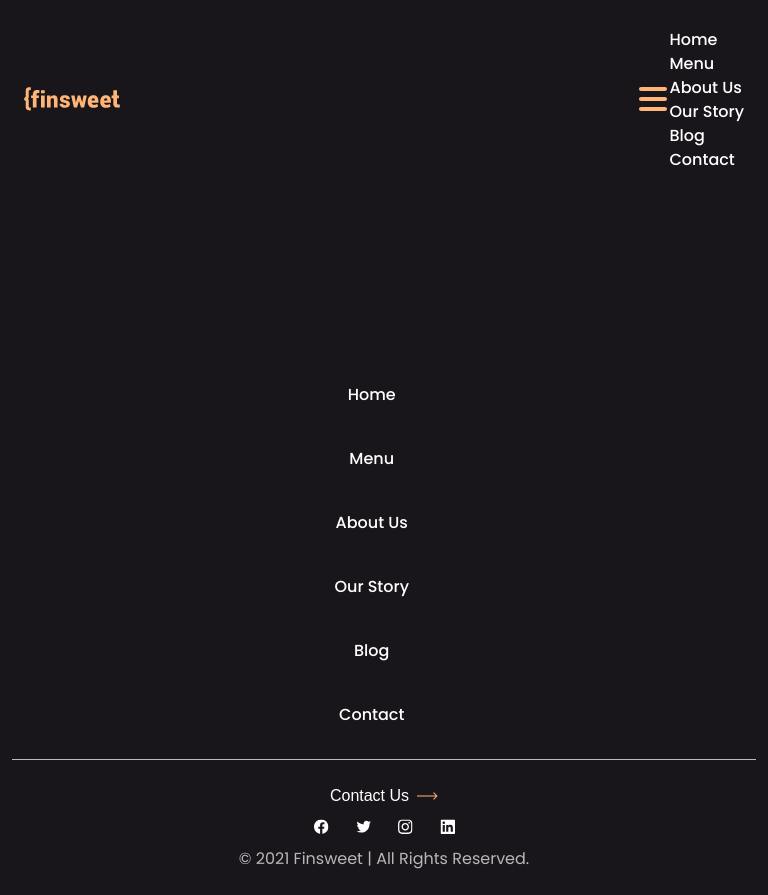
Repository: Minns-Cao/project-finsweet
Page: contact.html
These files come from the project's save history. The page is drawn as it stood at one moment and after a run of saves; the edit follows.
The browser window is 768 px wide. The pictures show the whole page.
Some web fonts or font styles are not loaded; a fallback is used.

Above is the page before, as saved 2023-04-28 15:28:31.

### contact.html
<!DOCTYPE html>
<html lang="en">
    <head>
        <meta charset="UTF-8" />
        <meta http-equiv="X-UA-Compatible" content="IE=edge" />
        <meta name="viewport" content="width=device-width, initial-scale=1.0" />
        <title>Finsweet</title>
        <!-- Reset CSS -->
        <link rel="stylesheet" href="./assets/css/reset.css" />
        <!-- Style -->
        <link rel="stylesheet" href="./assets/css/style.css" />
        <!-- Fonts -->
        <link rel="preconnect" href="https://fonts.googleapis.com" />
        <link rel="preconnect" href="https://fonts.gstatic.com" crossorigin />
        <link
            href="https://fonts.googleapis.com/css2?family=Playfair+Display:ital,wght@0,400;0,500;0,600;0,700;0,800;0,900;1,400;1,500;1,600;1,700;1,800;1,900&family=Poppins:ital,wght@0,300;0,400;0,500;0,600;1,300;1,400;1,500;1,600&display=swap"
            rel="stylesheet"
        />
    </head>
    <body>
        <!-- ========================================Contact Page================================================ -->
        <!-- Header -->
        <header class="fixed header">
            <div class="main-content">
                <div class="body">
                    <!-- Logo -->
                    <a href="./index.html"
                        ><img
                            src="./assets/img/Logo.svg"
                            alt="logo"
                            class="logo"
                    /></a>
                    <!-- Navigation -->
                    <div class="nav">
                        <ul>
                            <li>
                                <a href="./index.html">Home</a>
                            </li>
                            <li>
                                <a href="./menu.html">Menu</a>
                            </li>
                            <li>
                                <a href="./aboutUs.html">About Us</a>
                            </li>
                            <li>
                                <a href="./ourStory.html">Our Story</a>
                            </li>
                            <li>
                                <a href="./blog.html">Blog</a>
                            </li>
                            <li>
                                <a href="./contact.html">Contact</a>
                            </li>
                        </ul>
                    </div>
                    <!-- Action -->
                    <button class="action">
                        <span class="label">Clone Project</span>
                        <img
                            src="./assets/img/arrow-to-right.svg"
                            alt="arrow-to-right"
                            class="arrow-to-right"
                        />
                    </button>

                    <!-- Navigation Mobile -->
                    <div class="nav-mb-btn">
                        <svg
                            xmlns="http://www.w3.org/2000/svg"
                            viewBox="0 0 448 512"
                            width="32"
                            height="32"
                        >
                            <path
                                d="M0 96C0 78.3 14.3 64 32 64H416c17.7 0 32 14.3 32 32s-14.3 32-32 32H32C14.3 128 0 113.7 0 96zM0 256c0-17.7 14.3-32 32-32H416c17.7 0 32 14.3 32 32s-14.3 32-32 32H32c-17.7 0-32-14.3-32-32zM448 416c0 17.7-14.3 32-32 32H32c-17.7 0-32-14.3-32-32s14.3-32 32-32H416c17.7 0 32 14.3 32 32z "
                                fill="#FFB577"
                            />
                        </svg>
                    </div>

                    <div class="overlay"></div>

                    <div class="nav-mb">
                        <ul>
                            <li>
                                <a href="./index.html">Home</a>
                            </li>
                            <li>
                                <a href="./menu.html">Menu</a>
                            </li>
                            <li>
                                <a href="./aboutUs.html">About Us</a>
                            </li>
                            <li>
                                <a href="./ourStory.html">Our Story</a>
                            </li>
                            <li>
                                <a href="./blog.html">Blog</a>
                            </li>
                            <li>
                                <a href="./contact.html">Contact</a>
                            </li>
                        </ul>
                    </div>
                </div>
            </div>
        </header>
        <!-- Footer -->
        <footer class="footer">
            <div class="main-content">
                <div class="body">
                    <!-- Logo -->
                    <a href="#"
                        ><img
                            src="./assets/img/Logo.svg"
                            alt="logo"
                            class="logo"
                    /></a>
                    <!-- Navigation -->
                    <div class="nav">
                        <ul>
                            <li>
                                <a href="./index.html">Home</a>
                            </li>
                            <li>
                                <a href="#">Menu</a>
                            </li>
                            <li>
                                <a href="./aboutUs.html">About Us</a>
                            </li>
                            <li>
                                <a href="./ourStory.html">Our Story</a>
                            </li>
                            <li>
                                <a href="./blog.html">Blog</a>
                            </li>
                            <li>
                                <a href="./contact.html">Contact</a>
                            </li>
                        </ul>
                    </div>
                    <!-- Contact-Footer -->
                    <div class="contact-footer">
                        <!-- Copyright -->
                        <div class="container">
                            <p class="copyright">
                                © 2021 Finsweet | All rights reserved.
                            </p>
                        </div>
                        <!-- Socials -->
                        <div class="socials-list">
                            <div class="social">
                                <img
                                    src="./assets/img/icon/icon_facebook.svg"
                                    alt="icon_facebook"
                                />
                            </div>
                            <div class="social">
                                <img
                                    src="./assets/img/icon/icon_twitter.svg"
                                    alt="icon_twitter"
                                />
                            </div>
                            <div class="social">
                                <img
                                    src="./assets/img/icon/icon_instagram.svg"
                                    alt="icon_instagram"
                                />
                            </div>
                            <div class="social">
                                <img
                                    src="./assets/img/icon/icon_linkin.svg"
                                    alt="icon_linkin"
                                />
                            </div>
                        </div>
                        <!-- action -->
                        <button
                            class="action"
                            onclick="window.location.href='./contact.html'"
                        >
                            <span class="label-med">Contact Us</span>
                            <svg
                                width="21"
                                height="8"
                                viewBox="0 0 21 8"
                                fill="none"
                                xmlns="http://www.w3.org/2000/svg"
                            >
                                <path
                                    d="M20.3536 4.35355C20.5488 4.15829 20.5488 3.84171 20.3536 3.64645L17.1716 0.464466C16.9763 0.269204 16.6597 0.269204 16.4645 0.464466C16.2692 0.659728 16.2692 0.976311 16.4645 1.17157L19.2929 4L16.4645 6.82843C16.2692 7.02369 16.2692 7.34027 16.4645 7.53553C16.6597 7.7308 16.9763 7.7308 17.1716 7.53553L20.3536 4.35355ZM0 4.5L20 4.5V3.5L0 3.5L0 4.5Z"
                                    fill="#FFB577"
                                />
                            </svg>
                        </button>
                    </div>
                </div>
            </div>
        </footer>
    </body>
</html>

### assets/css/style.css
* {
    box-sizing: border-box;
}

:root {
    --primary-color: #ffb577;
    --background-color: #19161b;
    --font-heading: Playfair Display, "serif";
}

html,
body {
    scroll-behavior: smooth;
}

html {
    font-size: 62.5%;
}

body {
    font-size: 1.6rem;
    font-family: "Poppins", sans-serif;
}

/* ================common=================*/
.main-content {
    width: 1280px;
    max-width: calc(100% - 48px);
    margin-left: auto;
    margin-right: auto;
}

a {
    text-decoration: none;
}

.btn {
    border: none;
    background: #ffb577;
    padding: 12px 24px;
}

.label-med {
    margin-right: 8px;
    font-weight: 500;
    font-size: 1.6rem;
    line-height: 1.5;
    color: #2e2d33;
}

.label-extransmall {
    font-weight: 500;
    font-size: 1.2rem;
    line-height: 1.33;
    color: #FFFFFF;
}

.heading {
    font-family: var(--font-heading);
    font-style: normal;
    color: #ffffff;
}

.lv1 {
    font-weight: 700;
    font-size: 5.6rem;
    line-height: 1.21;
}

.lv2 {
    font-weight: 700;
    font-size: 4.8rem;
    line-height: 1.21;
}

.lv3 {
    font-weight: 700;
    font-size: 3.3rem;
    line-height: 1.5;
}

.lv4 {
    font-weight: 700;
    font-size: 2rem;
    line-height: 1.5;
}

.lv5 {
    font-weight: 700;
    font-size: 1.4rem;
    line-height: 1.5;
}

.desc {
    font-weight: 400;
    font-size: 1.6rem;
    line-height: 1.75;
    color: #b8b8b8;
}

.caption {
    position: relative;
    display: inline-block;
    font-family: var(--font-heading);
    font-weight: 400;
    font-size: 1.6rem;
    line-height: 1.5;
    color: #ffb577;
}

.caption::after {
    position: absolute;
    content: "";
    display: block;
    width: 48px;
    border: 0.5px solid #ffffff;
    top: 50%;
    right: calc(-48px - 16px);
}

/* ================Header=================*/
.fixed {
    position: sticky;
    top: -20px;
    z-index: 1;
}

.header {
    background-color: var(--background-color);
}

.header .body {
    display: flex;
    align-items: center;
    padding: 28px 0px 8px;
}

.nav ul {
    display: flex;
    gap: 40px;
    margin-left: 50px;
}

.nav li a {
    font-weight: 500;
    font-size: 1.6rem;
    line-height: 1.5;
    color: #ffffff;
}

.header .action {
    display: flex;
    justify-content: center;
    align-items: center;
    margin-left: auto;
    border: none;
    background-color: var(--background-color);
}

.header .action .label {
    margin-right: 12px;
    color: #ffc492;
}

.header .nav-mb-btn {
    display: none;
}

/* ================Footer=================*/

.footer {
    background-color: var(--background-color);
    padding-top: 160px;
    padding-bottom: 24px;
}

.footer .logo {
    display: block;
    margin-left: auto;
    margin-right: auto;
    transform: translateX(+10%);
}

.footer .nav{
    position: relative;
    display: flex;
    justify-content: center;
    align-items: center;

    margin-top: 43px;
}

.footer .nav::after {
    position: absolute;
    content: "";
    display: block;
    width: 97vw;
    height: 0.5px;
    background-color: #FFF;
    bottom: -32px;
    opacity: 0.7;
}

.contact-footer {
    display: flex;
    justify-content: space-between;
    align-items: center;
    margin-top: 56px;
}


.contact-footer .copyright {
    font-weight: 400;
    font-size: 1.6rem;
    line-height: 1.5;
    text-transform: capitalize;
    color: #B8B8B8;
}

.contact-footer .socials-list {
    display: flex;
    gap: 27px;
    transform: translateX(-50%);
}

.contact-footer .action {
    display: flex;
    justify-content: center;
    align-items: center;
    border: none;
    background-color: var(--background-color);
}

.contact-footer .action .label-med {
    color: #FFFFFF;
}


/* ==================Responsive==================== */

@media (max-width: 768px) {
    /* Header */
    .header .nav,
    .header .action {
        display: none;
    }

    .header .nav-mb-btn {
        display: block;
        margin-left: auto;
    }

    .nav

    .nav-mb ul {
        display: flex;
        flex-direction: column;
        gap: 40px;
        margin-left: 50px;
    }

    .nav-mb li a {
        font-weight: 500;
        font-size: 1.6rem;
        line-height: 1.5;
        color: #ffffff;
    }

    /* Footer */
    .footer .logo {
        display: none;
    }

    .footer .nav ul {
        flex-direction: column;
        justify-content: center;
        align-items: center;
        transform: translateX(-50%);
    }

    .contact-footer {
        flex-direction: column-reverse;
        justify-content: center;
        align-items: center;
        gap: 10px;
    }

    .contact-footer .socials-list {
        justify-content: center;
        align-items: center;
        transform: translateX(0);
    }
}

Loaded but not shown: assets/css/reset.css (common file)

After the next 2 saves:
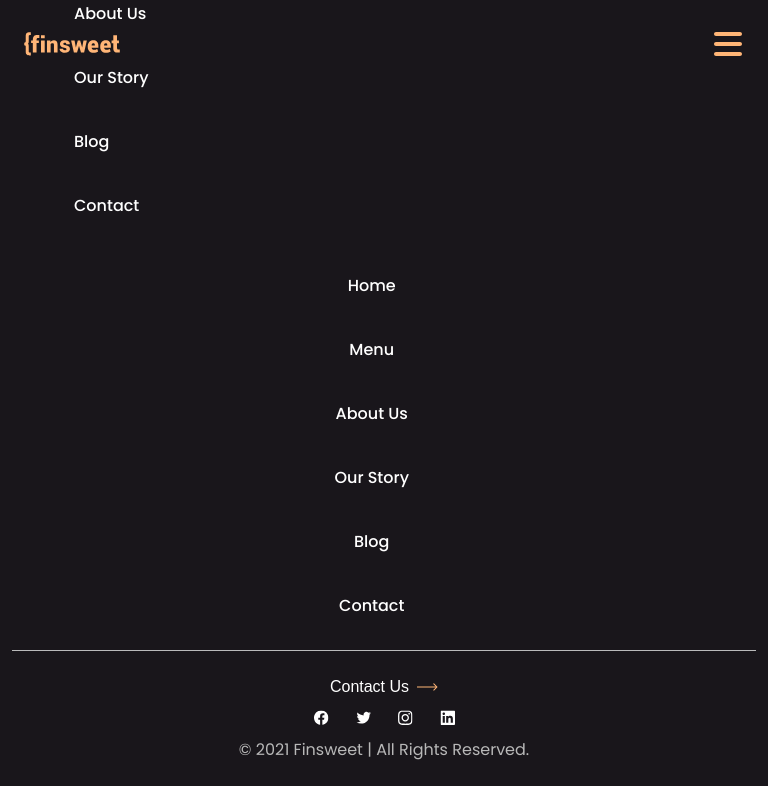
The 2 saves are shown as one change because they came seconds apart.
The last was saved 7 s later.
--- a/assets/css/style.css
+++ b/assets/css/style.css
@@ -250,7 +250,9 @@ a {
         margin-left: auto;
     }
 
-    .nav
+    .nav-mb {
+        position: fixed;
+    }
 
     .nav-mb ul {
         display: flex;
